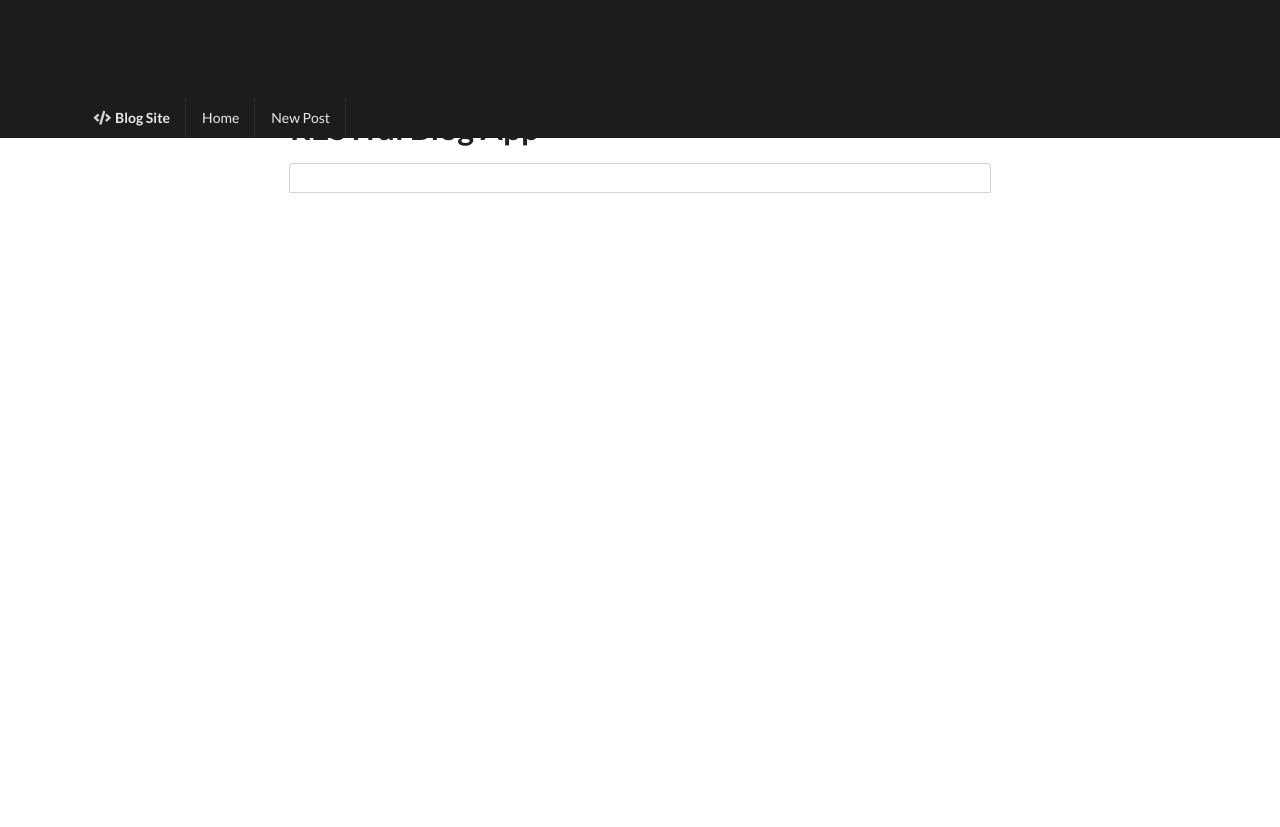
Repository: demioke/web-development-bootcamp
Page: http://localhost/blogs
The author's editor kept a record of every edit. The page is drawn from the files as they stood at one moment, then again after the next edit.
The browser window is 1280 px wide. The pictures show the whole page.
Some web libraries are served in a nearby version. The page is served by the project's Node server (RESTful_Routing/RESTfulBlogApp/app.js). Queries for data that is not in the repository find no rows.

Above is the page before.

After the next edit:
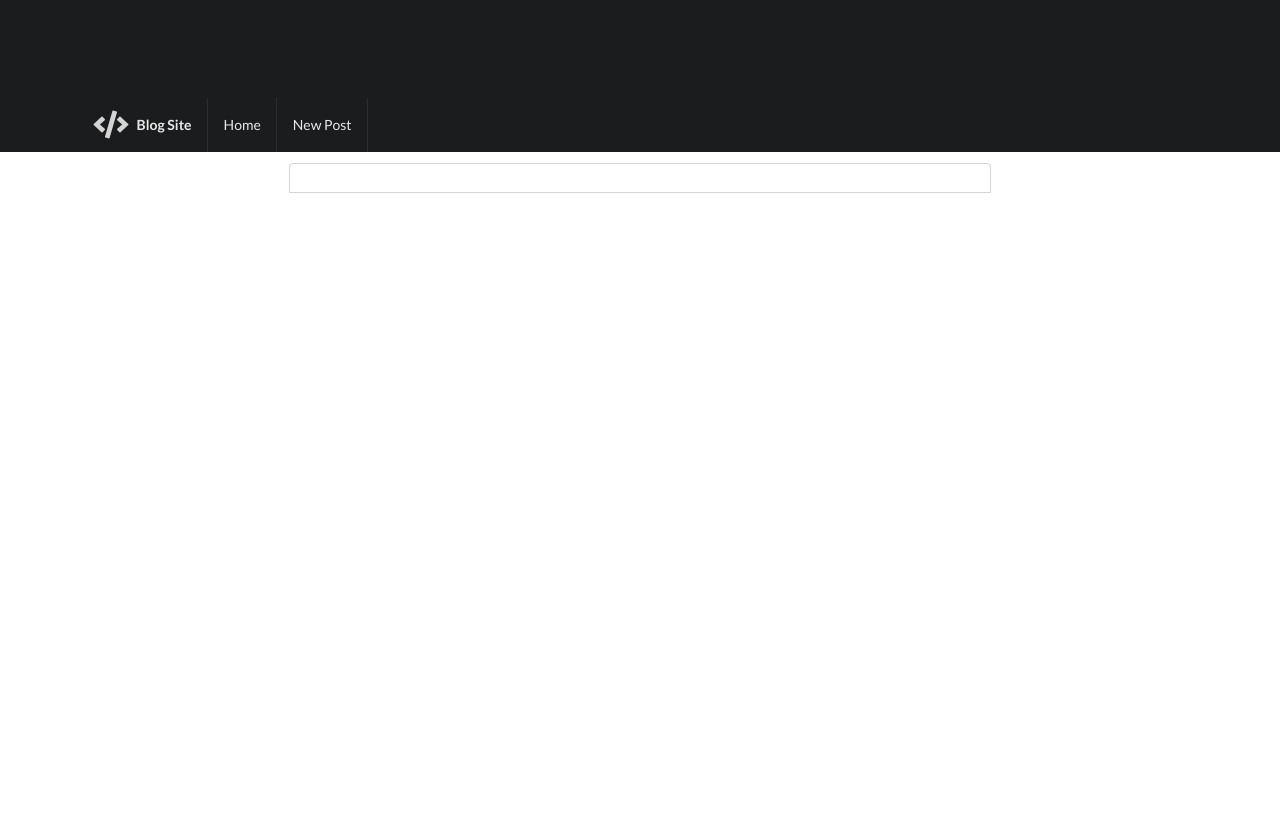
The edit:
--- a/RESTful_Routing/RESTfulBlogApp/public/stylesheets/app.css
+++ b/RESTful_Routing/RESTfulBlogApp/public/stylesheets/app.css
@@ -1,4 +1,4 @@
-i .icon {
+i.icon {
     font-size: 2em;
 }
 
